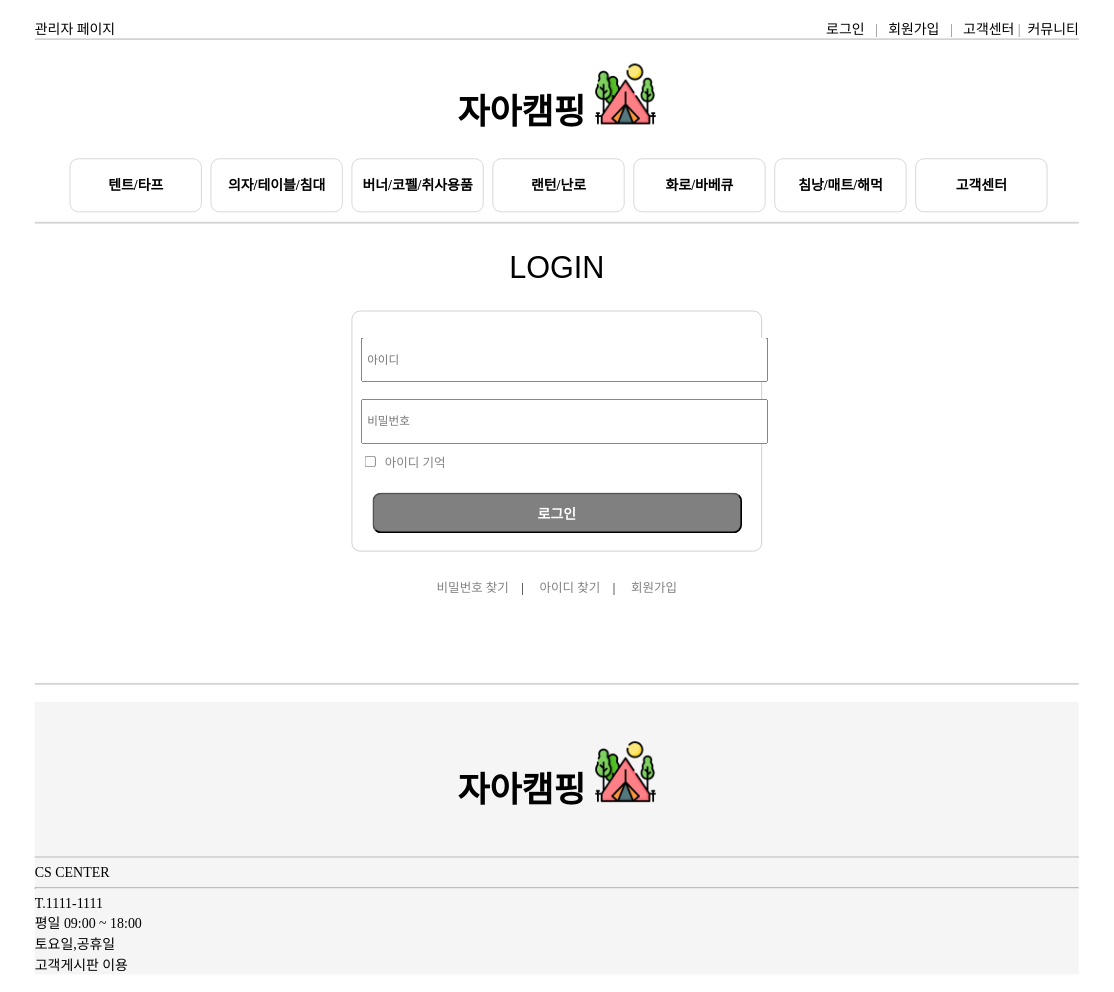
Repository: JJang-Ah/JSP-shoping-mall-project
Page: http://localhost/JaAhCamping/logon/memberLoginForm.jsp
The author's editor kept a copy of each file at every save. The page is drawn from the files as they stood at one save, then again after the next save.
The browser window is 1280 px wide. The pictures show the whole page, at 87% of full size.
Some web fonts or font styles are not loaded; a fallback is used. The page is served by Tomcat 9. Other server files are loaded and not shown.

Above is the page before, as saved 2022-06-12 13:51:53.

### JaAhCamping/WebContent/logon/memberLoginForm.jsp
<%@ page language="java" contentType="text/html; charset=UTF-8"
    pageEncoding="UTF-8"%>
<!DOCTYPE html>
<html>
<head>
<meta charset="UTF-8">
<title>로그인 폼</title>
<style>
@import url('https://fonts.googleapis.com/css2?family=Hammersmith+One&family=Paytone+One&display=swap');
#container { width: 1200px; margin: 0 auto;}
/* 상단 - 메인, 서브 타이틀 */
.t_title { font-family: 'Hammersmith One', sans-serif; font-size: 2.2em; text-align: center; margin: 30px 0;}

/* 중단 - 입력창 */
.f_input { width: 450px; text-align: center; border: 1px solid #ccc; padding: 10px; margin: 30px auto; border-radius: 10px;}
.f_input .c_id, .f_input .c_pwd { height: 45px; margin-top: 20px; padding-left: 5px;}
.f_input .f_chk { text-align: left; margin-top: 10px; font-size: 0.9em; color: gray;}
.f_input #btn_Login { width: 425px; height: 47px; margin-top: 25px; background: gray; color: white;
 font-size: 16px; font-weight: bold; cursor: pointer; margin-top: 25px; margin-bottom: 10px; border-radius: 10px;}

 /* 하단 - 비밀번호 찾기, 아이디 찾기, 회원가입 */
 .f_a { text-align: center; margin-top: 30px; font-size: 0.9em;}
 .f_a a {color: gray;}
 .t_line { border: 1px solid #e9ecef; margin: 20px 0;}


</style>

<script>
	document.addEventListener("DOMContentLoaded", function() {
		let form = document.loginForm;
		// 로그인 버튼을 클릭했을 때 유효성 검사 (공백 유무)
		let btn_Login = document.getElementById("btn_Login");
		btn_Login.addEventListener("click", function() {
			if(!form.id.value) {
				alert('아이디를 입력하시오.!');
				form.id.focus();
				return;
			}

			if(!form.pwd.value) {
				alert('비밀번호를 입력하시오.!');
				form.pwd.focus();
				return;
			}

			// 아이디 기억하기
			let now = new Date(); // 오늘 날짜
			let name = "cookieId"; // 쿠키 이름
			let value = form.id.value; // 쿠키 값

			if(form.chk.checked == true) { // 체크박스를 체크했을 때 -> 쿠키 생성
				// 만료시간: 지금으로부터 7일 후로 설정, 만료시간으로 사용
				now.setDate(now.getDate() + 7);
			} else { // 체크박스를 해제했을 때 -> 쿠키 삭제
				// 만료시간: 지금 시간으로 설정
				now.setDate(now.getDate() + 0);
			}

			// 쿠키 생성시에 필요한 정보 - 쿠키의 이름과 값, 위치, 만료시간
			// ;path=/;expires= : 현재 페이지의 위치
			document.cookie = name + "=" + escape(value) + ";path=/;expires=" +now.toGMTString() + ";";

			form.submit();
		})


		// 쿠키가 생성되어 있을 때 쿠키에 저장된 값인 아이디를 아이디 입력상자에 놓도록 하는 작업
		// 쿠키 확인 - 쿠키가 존재한다면
		if(document.cookie.length > 0) {
			var search = "cookieId=";
			var idx = document.cookie.indexOf(search); // 쿠키 중에서 cookieId=이 나오는 위치
			if(idx != -1) { // cookieId값이 존재한다면
				idx += search.length;
				var end = document.cookie.indexOf(';', idx);

				if(end == -1) {
					end = document.cookie.length;
				}

				form.id.value = document.cookie.substring(idx, end);
				form.chk.checked = true;
			}
		}
	})
</script>
</head>
<body>

<div id="container">
	<jsp:include page="../mall/shopTop.jsp"></jsp:include>
	<div class="t_title">LOGIN</div>

	<form action="memberLoginPro.jsp" method="post" name="loginForm">
		<div class="f_input">
			<div class="f_id"><input type="text" id="id" name="id" class="c_id" placeholder="아이디" size="55"></div>
			<div class="f_pwd"><input type="password" id="pwd" name="pwd" class="c_pwd" placeholder="비밀번호" size="55"></div>
			<div class="f_chk">
				<input type="checkbox" id="chk" class="c_chk" size="55" name="chk">&nbsp;
				<label for="chk">아이디 기억</label>
			</div>
			<div class="f_submit"><input type="button" value="로그인" id="btn_Login"></div>
		</div>
		<div class="f_a">
			<a href="#">비밀번호 찾기</a>&emsp;|&emsp;
			<a href="#">아이디 찾기</a>&emsp;|&emsp;
			<a href="../member/memberJoinForm.jsp">회원가입</a>
		</div>
	</form>
	<hr class="t_line">
	<jsp:include page="../mall/shopBottom.jsp"></jsp:include>
</div>

</body>
</html>

### JaAhCamping/WebContent/mall/shopTop.jsp
<%@ page language="java" contentType="text/html; charset=UTF-8"
    pageEncoding="UTF-8"%>
<!DOCTYPE html>
<html>
<head>
<meta charset="UTF-8">
<title>Insert title here</title>
<link href="https://fonts.googleapis.com/css2?family=Do+Hyeon&display=swap" rel="stylesheet">

<style>
#container { width: 1200px; margin: 20px auto;}
/* 상단 */
a { text-decoration: none; color: black;}
.t_box1 { text-align: right;}
.t_box1 #admin_page { display: inline-block; float: left;}
.t_box1 .user_menu { display: inline-block; float: right; color: gray;}
.h_line { clear: both; border: 1px solid lightgray; margin-top: 20px;}
.title { text-align: center; font-family: 'Do Hyeon', sans-serif; font-size: 40px;}
#camping { width: 70px; height: 70px;}
#title_sub_go { font-size: 0.8em;}

/* 메뉴 */
.m_menu { list-style: none; font-weight: bold;}
.m_menu .m_m_list { display: inline-block; float: left; width: 150px; height: 60px;
margin-right: 10px; border: 1px solid lightgray; text-align: center; line-height: 60px; border-radius: 10px;}
.m_menu > .m_m_list { position: relative;}
.m_menu { color: black;}
.m_menu > .m_m_list:hover >.s_menu { display: block;}
.m_m_list > .s_menu { display: none; position: absolute; top: 61px; border: 1px solid lightgray; background: white; border-radius: 10px;}
.s_menu .s_m_list { text-align: left; width: 200px;}

.t_line { clear: both; border: 1px solid lightgray; margin-top: 100px;}
</style>
</head>
<body>
<%
request.setCharacterEncoding("utf-8");

String memberId = (String)session.getAttribute("memberId");

if(memberId == null) {

}

%>
<div id="container">

	<div class="t_box1"> <%--  --%>
		<div id="admin_page"><a href="http://localhost:8088/JaAhCamping/manager/managerMain.jsp">관리자 페이지</a></div>
		<div class="user_menu">
		<%if(memberId == null) {  %>
			<a href="http://localhost:8088/JaAhCamping/logon/memberLoginForm.jsp"><span>로그인</span></a>&ensp; |&ensp;
			<a href="http://localhost:8088/JaAhCamping/member/memberJoinForm.jsp"><span>회원가입</span></a>&ensp; |&ensp;
		<%} else { %>
			<a href="../member/memberInfoForm.jsp"><span><%=memberId %>님</span></a>&ensp; |&ensp;
			<a href="../logon/memberLogout.jsp"><span>로그아웃</span></a>&ensp; |&ensp;
			<a href="#"><span>장바구니</span></a>&ensp; |&ensp;
		<%} %>
		<a href="#">고객센터</a>&nbsp;|&nbsp;
		<a href="#">커뮤니티</a>
		</div>
	</div>
	<hr class="h_line">

	<%-- 상단 제목 --%>
	<h1 class="title"><a href="http://localhost:8088/JaAhCamping/mall/shopAll.jsp">자아캠핑&nbsp;<img alt="camping" src="/JaAhCamping/icons/camping.png" id="camping"></a></h1>



	<nav class="menu">
		<ul class="m_menu">
			<li class="m_m_list"><a href="#">텐트/타프</a>
				<div class="s_menu">
					<ul>
						<li class="s_m_list"><a href="#">텐트</a></li>
						<li class="s_m_list"><a href="#">텐트관련품</a></li>
						<li class="s_m_list"><a href="#">타프</a></li>
						<li class="s_m_list"><a href="#">폴대/펙/스트링/스토퍼</a></li>
						<li class="s_m_list"><a href="#">공구</a></li>
						<li class="s_m_list"><a href="#">기타(텐트/타프)</a></li>
					</ul>
				</div>
			</li>
			<li class="m_m_list"><a href="#">의자/테이블/침대</a>
				<div class="s_menu">
					<ul>
						<li class="s_m_list"><a href="#">의자</a></li>
						<li class="s_m_list"><a href="#">테이블</a></li>
						<li class="s_m_list"><a href="#">선반/수납가구</a></li>
						<li class="s_m_list"><a href="#">야전침대</a></li>
						<li class="s_m_list"><a href="#">퍼니쳐</a></li>
						<li class="s_m_list"><a href="#">기타(의자/테이블/침대)</a></li>
					</ul>
				</div>
			</li>
			<li class="m_m_list"><a href="#">버너/코펠/취사용품</a>
				<div class="s_menu">
					<ul>
						<li class="s_m_list"><a href="#">버너</a></li>
						<li class="s_m_list"><a href="#">코펠</a></li>
						<li class="s_m_list"><a href="#">취사용품</a></li>
						<li class="s_m_list"><a href="#">식기류</a></li>
						<li class="s_m_list"><a href="#">기타(버터/코펠/취사용품)</a></li>
					</ul>
				</div>
			</li>
			<li class="m_m_list"><a href="#">랜턴/난로</a>
				<div class="s_menu">
					<ul>
						<li class="s_m_list"><a href="#">랜턴</a></li>
						<li class="s_m_list"><a href="#">후레쉬</a></li>
						<li class="s_m_list"><a href="#">난로</a></li>
						<li class="s_m_list"><a href="#">액세서리</a></li>
						<li class="s_m_list"><a href="#">기타(랜턴/난로)</a></li>
					</ul>
				</div>
			</li>
			<li class="m_m_list"><a href="#">화로/바베큐</a>
				<div class="s_menu">
					<ul>
						<li class="s_m_list"><a href="#">화로대</a></li>
						<li class="s_m_list"><a href="#">바베큐 그릴</a></li>
						<li class="s_m_list"><a href="#">토치</a></li>
						<li class="s_m_list"><a href="#">바베큐 소품</a></li>
						<li class="s_m_list"><a href="#">기타(화로/바베큐)</a></li>
					</ul>
				</div>
			</li>
			<li class="m_m_list"><a href="#">침낭/매트/해먹</a>
				<div class="s_menu">
					<ul>
						<li class="s_m_list"><a href="#">침낭</a></li>
						<li class="s_m_list"><a href="#">베개/쿠션/방석</a></li>
						<li class="s_m_list"><a href="#">매트</a></li>
						<li class="s_m_list"><a href="#">해먹</a></li>
						<li class="s_m_list"><a href="#">기타(침낭/매트/해먹)</a></li>
					</ul>
				</div>
			</li>
			<li class="m_m_list"><a href="#">고객센터</a>
			</li>
		</ul>
	</nav>
	<hr class="t_line">
</div>

</body>
</html>

### JaAhCamping/WebContent/mall/shopBottom.jsp
<%@ page language="java" contentType="text/html; charset=UTF-8"
    pageEncoding="UTF-8"%>
<!DOCTYPE html>
<html>
<head>
<meta charset="UTF-8">
<title>Insert title here</title>
<style>
#container_bottom {  width: 100%; background: #f5f5f5;}

.b_line { border: 1px solid lightgray; margin-top: 50px;}
</style>
</head>
<body>
<div id="container_bottom">
	<br>
	<h1 class="title"><a href="http://localhost:8088/JaAhCamping/mall/shopAll.jsp">자아캠핑&nbsp;<img alt="camping" src="/JaAhCamping/icons/camping.png" id="camping"></a></h1>
	<hr class="b_line">

	<div class="b_box1">
		<span>CS CENTER</span>
		<hr>
		<span>T.1111-1111</span><br>
		<span>평일 09:00 ~ 18:00<br>
		토요일,공휴일<br>
		고객게시판 이용</span>
	</div>



</div>
</body>
</html>

After the next save:
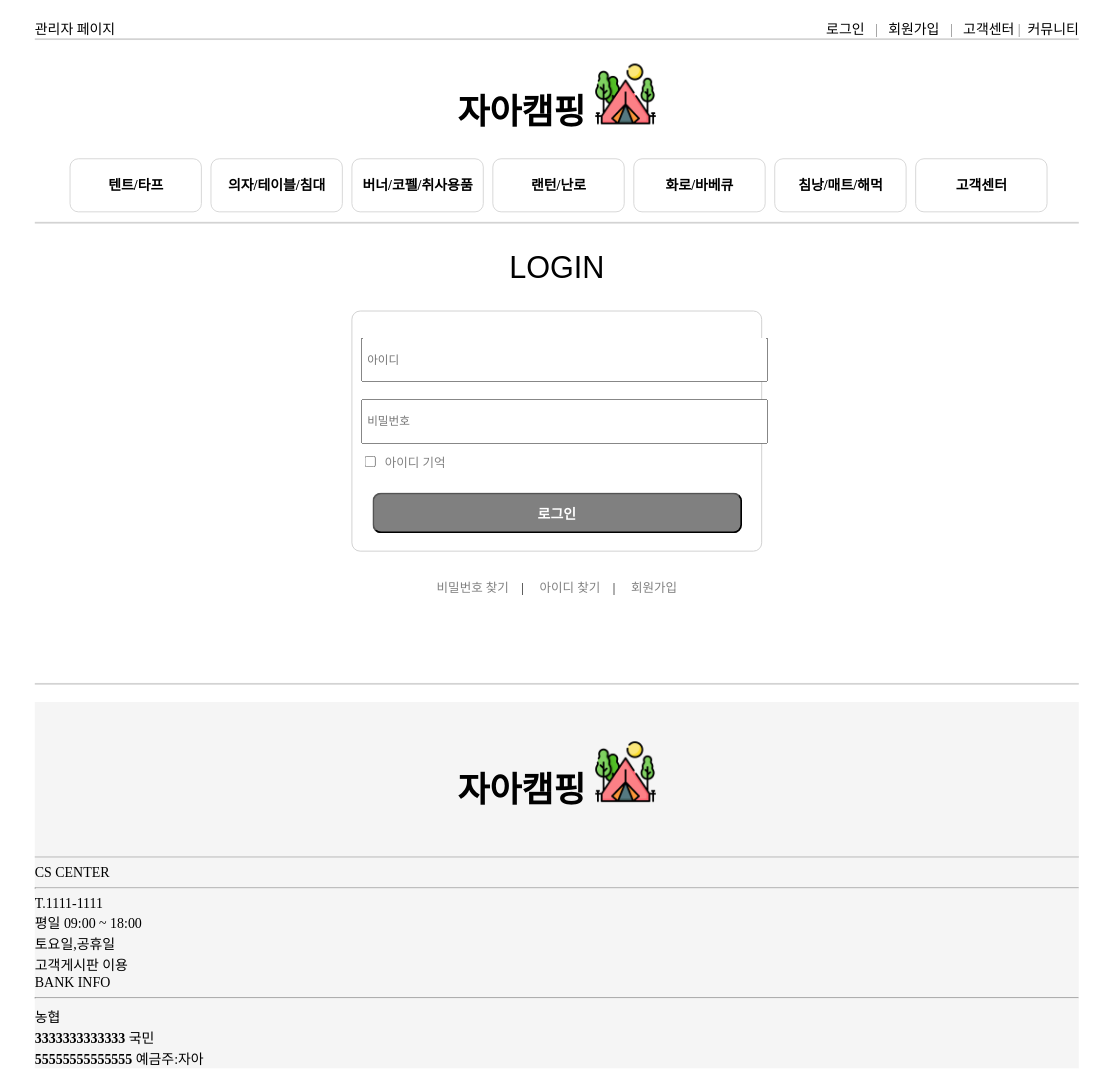
Saved 2 min 15 s later.
--- a/JaAhCamping/WebContent/mall/shopBottom.jsp
+++ b/JaAhCamping/WebContent/mall/shopBottom.jsp
@@ -25,6 +25,19 @@
 		토요일,공휴일<br>
 		고객게시판 이용</span>
 	</div>
+	<div class="b_box2">
+		<span>BANK INFO</span>
+		<hr>
+		<span>
+		농협 <br>
+		<b>3333333333333</b>
+		국민<br>
+		<b>55555555555555</b>
+		예금주:자아
+		</span>
+
+
+	</div>
 
 
 
